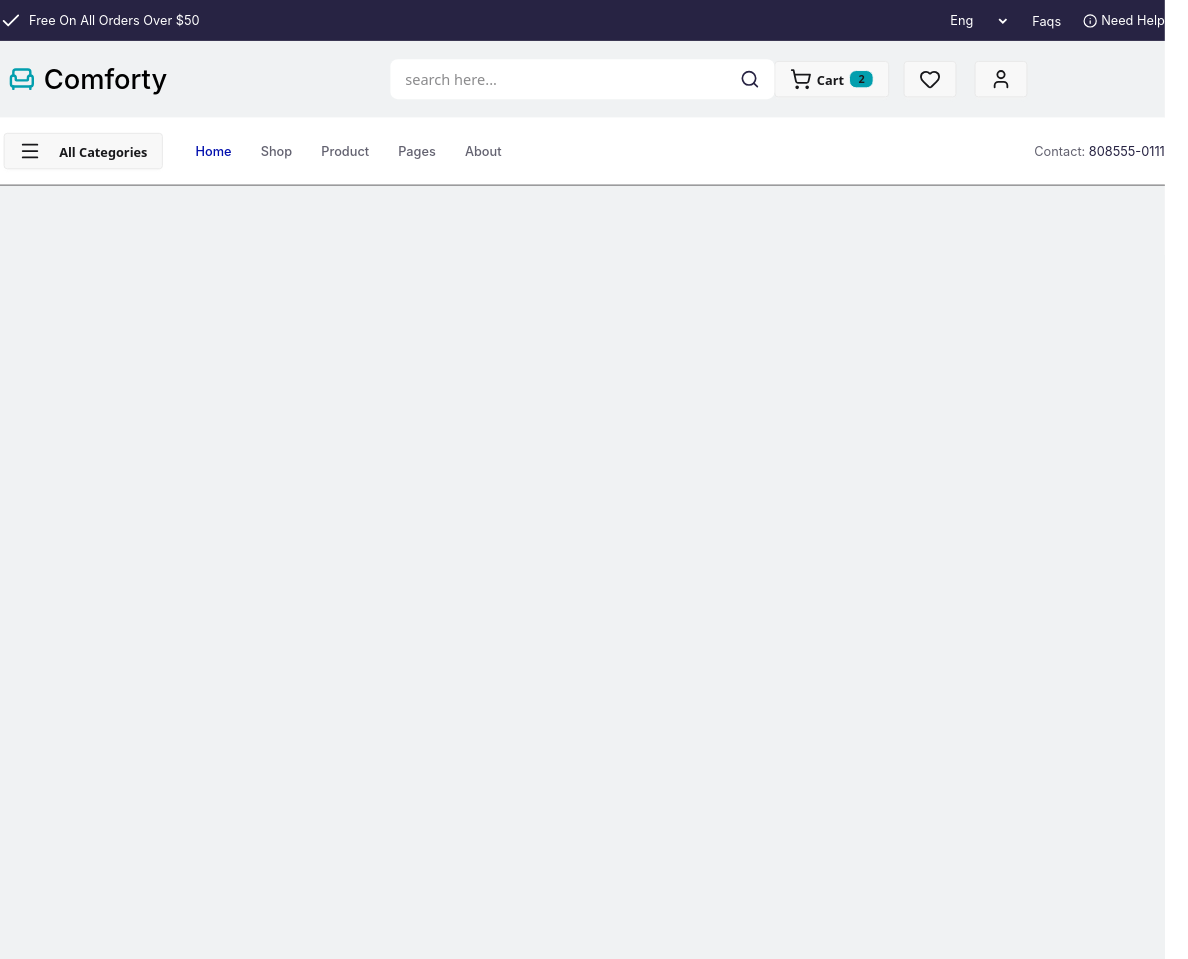
Repository: Neda0o0/store-template-website
Page: /
These files come from the project's save history. The page is drawn as it stood at one moment and after the next save; the edit follows.
The browser window is 1280 px wide. The page is 1280 px wide, then 1305 px, so the pictures cover 1305 px, including what lies to the right of the window. The pictures show the whole page, at 91% of full size.
The project was rebuilt for these pictures with package versions that can differ from the ones it lists, and the page was loaded fresh each time. Also part of the build but not shown: vite.config.js, src/Pages/Auth/Auth.jsx, src/Pages/Auth/Login/Login.jsx, src/Pages/Auth/Register/Register.jsx, src/Pages/Error/Error.jsx, src/AuthCheck/AuthCheck.jsx.

Above is the page before, as saved 2025-10-21 13:28:10.

After the next save:
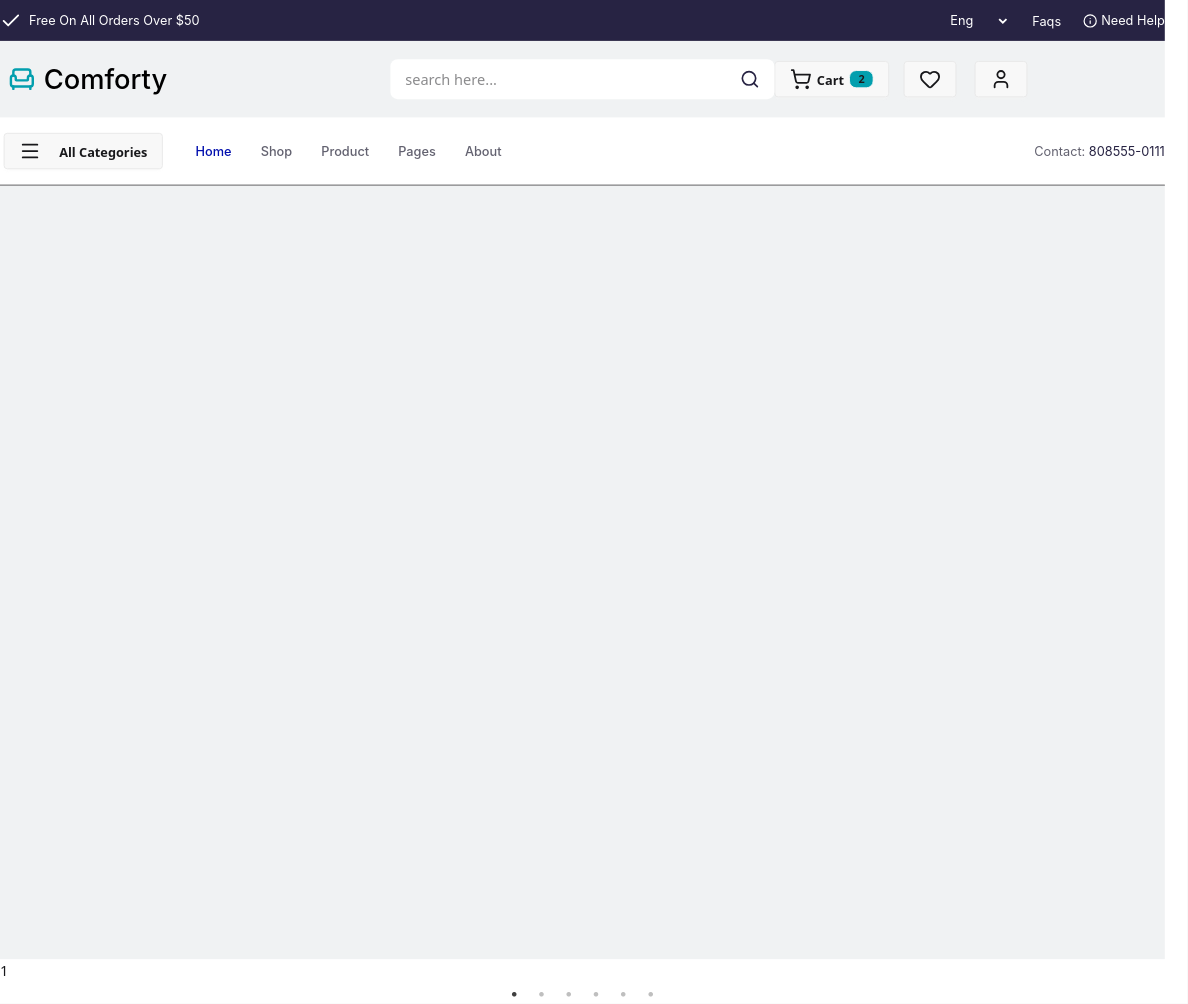
Saved 69 s later.
--- a/src/components/Banner/Banner.jsx
+++ b/src/components/Banner/Banner.jsx
@@ -3,6 +3,38 @@ import "slick-carousel/slick/slick-theme.css";
 import Slider from "react-slick";
 
 const Banner = () => {
-  return <div className="lg:container "></div>;
+  const settings = {
+    dots: true,
+    infinite: true,
+    speed: 500,
+    slidesToShow: 1,
+    slidesToScroll: 1,
+  };
+  return (
+    <div className="lg:container ">
+      <div className="slider-container">
+        <Slider {...settings}>
+          <div>
+            <h3>1</h3>
+          </div>
+          <div>
+            <h3>2</h3>
+          </div>
+          <div>
+            <h3>3</h3>
+          </div>
+          <div>
+            <h3>4</h3>
+          </div>
+          <div>
+            <h3>5</h3>
+          </div>
+          <div>
+            <h3>6</h3>
+          </div>
+        </Slider>
+      </div>
+    </div>
+  );
 };
 export default Banner;
